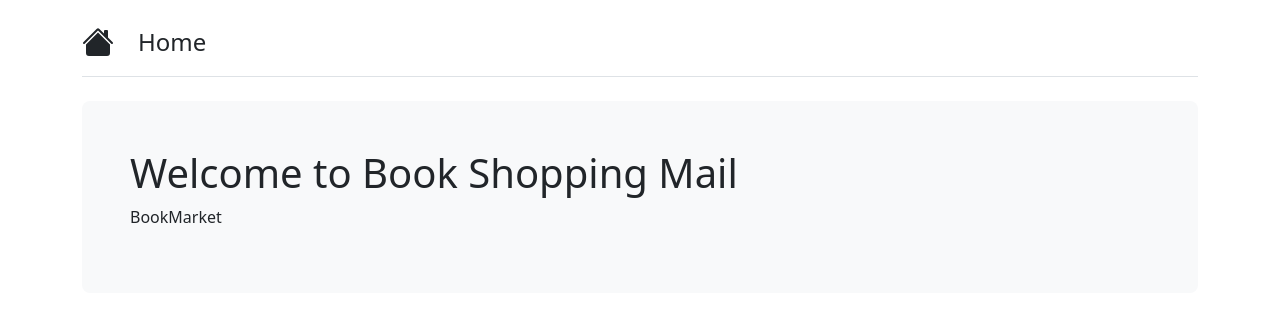
Repository: yeom724/JSP_test
Page: http://localhost/bookmarket/welcome.jsp
These files come from the project's save history. The page is drawn as it stood at one moment and after the next save; the edit follows.
The browser window is 1280 px wide. The pictures show the whole page.
The page is served by Tomcat 10.

Above is the page before, as saved 2024-10-08 02:31:23.

After the next save:
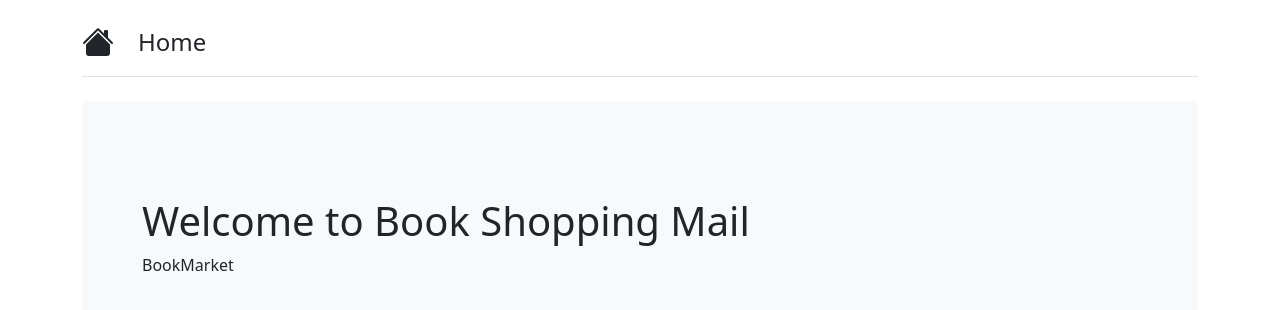
Saved 30 s later.
--- a/bookmarket/src/main/webapp/welcome.jsp
+++ b/bookmarket/src/main/webapp/welcome.jsp
@@ -27,7 +27,7 @@
 		%>
 
 		<div class = "p-5 mb-4 bg-body-tertiary rounded-3">
-			<div>
+			<div class = "container-fluid py-5">
 				<h1><%= greeting %></h1>
 				<p>BookMarket</p>
 			</div>
